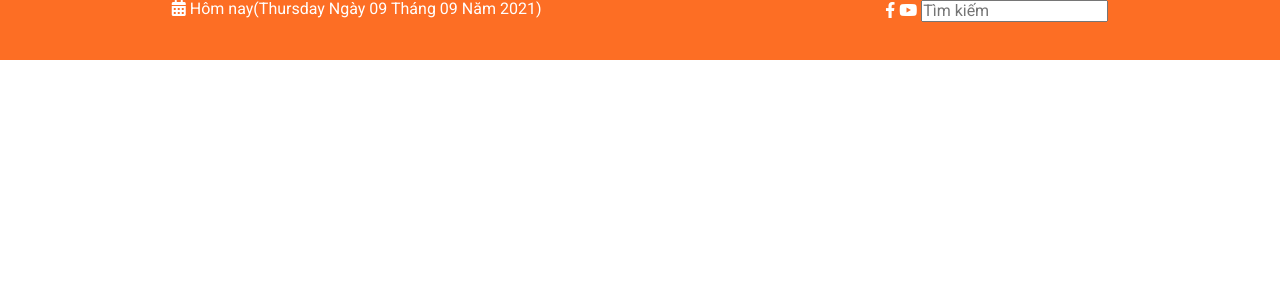
Repository: longtn213/Frond_end_HTML-CSS
Page: Front-End/LongDemo/index.html
The author's editor kept a copy of each file at every save. The page is drawn from the files as they stood at one save, then again after a run of saves.
The browser window is 1280 px wide. The pictures show the whole page.

Above is the page before, as saved 2021-09-09 16:07:05.

### Front-End/LongDemo/index.html
<!DOCTYPE html>
<html lang="en">

<head>
    <meta charset="UTF-8">
    <meta http-equiv="X-UA-Compatible" content="IE=edge">
    <meta name="viewport" content="width=device-width, initial-scale=1.0">
    <title>Công nghệ thông tin</title>
    <link rel="stylesheet" href="https://cdnjs.cloudflare.com/ajax/libs/normalize/8.0.1/normalize.min.css"
        integrity="sha512-NhSC1YmyruXifcj/KFRWoC561YpHpc5Jtzgvbuzx5VozKpWvQ+4nXhPdFgmx8xqexRcpAglTj9sIBWINXa8x5w=="
        crossorigin="anonymous" referrerpolicy="no-referrer" />
    <link rel="stylesheet" href="./assets/css/main.css">
    <link href="https://fonts.googleapis.com/css2?family=Roboto:wght@300;400;500;700&display=swap" rel="stylesheet">
    <link href="./assets/fonts/fontawesome-free-5.15.4-web/css/all.css" rel="stylesheet">
</head>

<body>
    <header class="header">
        <div class="header1">
            <div class="calendar">
                <i class="fas fa-calendar-alt"></i>
                Hôm nay(Thursday Ngày 09 Tháng 09 Năm 2021)
            </div>
            <div class="header__icon">
                <i class="fab fa-facebook-f"></i>
                <i class="fab fa-youtube"></i>
                <input type="text" placeholder="Tìm kiếm">
            </div>
        </div>
    </header>
</body>

</html>

### Front-End/LongDemo/assets/css/main.css
:root{
    --white-color:#fff;
    --black-color:#000;
    --text-color:#333;
}
* {
    padding: 0;
    margin: 0;
    box-sizing: border-box;
}

html{
    scroll-behavior: smooth;
    font-family: 'Roboto', sans-serif;
}
/* Header */
.header1{
    height: 60px;
    background-color: #fd6e24;
    display: flex;
    justify-content: space-around;
    color: var(--white-color);

}

Loaded but not shown: Front-End/LongDemo/assets/fonts/fontawesome-free-5.15.4-web/css/all.css (library)

After the next 2 saves:
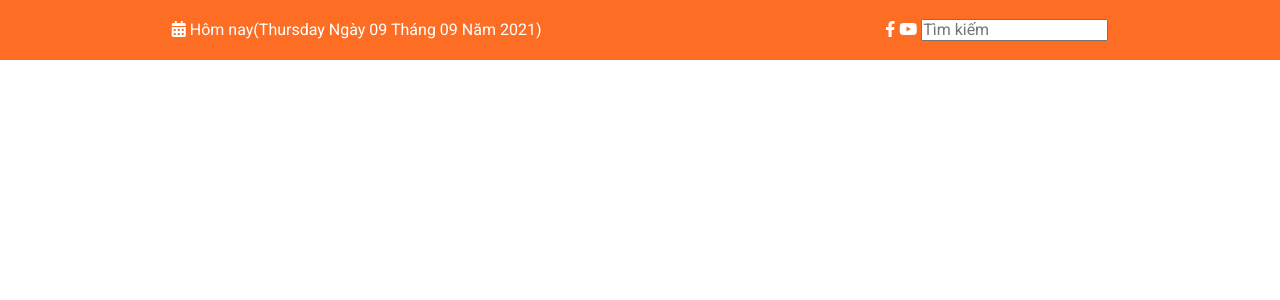
The 2 saves are shown as one change because they came seconds apart.
The last was saved 9 s later.
--- a/Front-End/LongDemo/assets/css/main.css
+++ b/Front-End/LongDemo/assets/css/main.css
@@ -20,5 +20,5 @@ html{
     display: flex;
     justify-content: space-around;
     color: var(--white-color);
-
+    line-height: 60px;
 }
